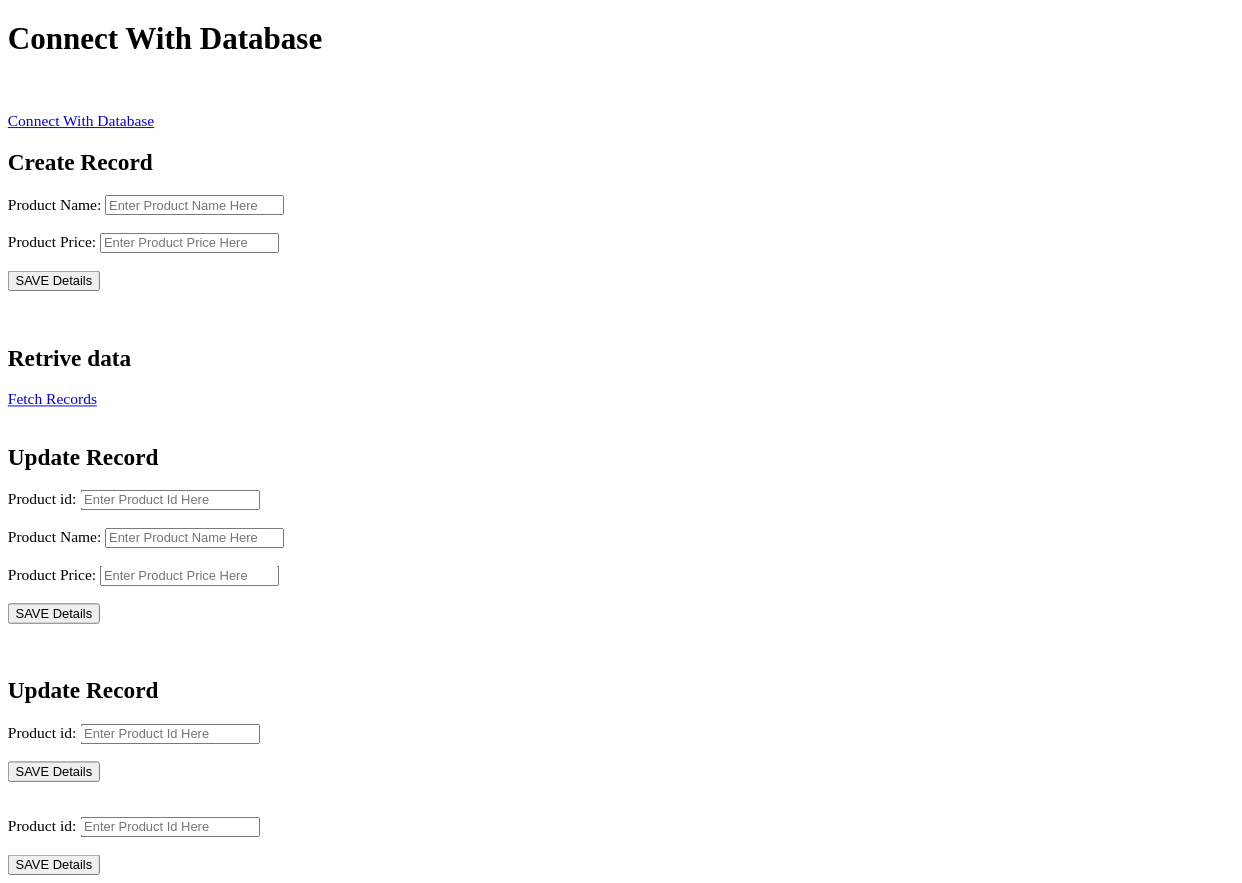
Repository: nspandey/Phase-2
Page: CRUDOperationsJDBC/src/main/webapp/index.html
These files come from the project's save history. The page is drawn as it stood at one moment and after the next save; the edit follows.
The browser window is 1280 px wide. The pictures show the whole page, at 97% of full size.

Above is the page before, as saved 2023-02-06 16:39:58.

### CRUDOperationsJDBC/src/main/webapp/index.html
<!DOCTYPE html>
<html>
<head>
<meta charset="ISO-8859-1">
<title>Insert title here</title>
</head>
<body>

<h1>Connect With Database</h1>

<br>

<br>

<a href="connect">Connect With Database</a>

<br>

<h2>Create Record</h2>

<form action="save" method="post">

Product Name: <input type="text" name="pname" placeholder="Enter Product Name Here"><br><br>

Product Price: <input type="text" name="pprice" placeholder="Enter Product Price Here"><br><br>

<input type="submit" value="SAVE Details">


</form>


<br>
<br>

<h2>Retrive data</h2>
<a href="fetch">Fetch Records</a>

<br><br>

<h2>Update Record</h2>

<form action="update" method="post">
Product id: <input type="text" name="pid" placeholder="Enter Product Id Here"><br><br>

Product Name: <input type="text" name="pname" placeholder="Enter Product Name Here"><br><br>

Product Price: <input type="text" name="pprice" placeholder="Enter Product Price Here"><br><br>

<input type="submit" value="SAVE Details">
</form>

<br><br>

<h2>Update Record</h2>

<form action="delete" method="post">
Product id: <input type="text" name="pid" placeholder="Enter Product Id Here"><br><br>



<input type="submit" value="SAVE Details">
</form>

<br><br>

<form action="delete1" method="post">

Product id: <input type="text" name="pid" placeholder="Enter Product Id Here"><br><br>



<input type="submit" value="SAVE Details">
</form>

</body>
</html>

After the next save:
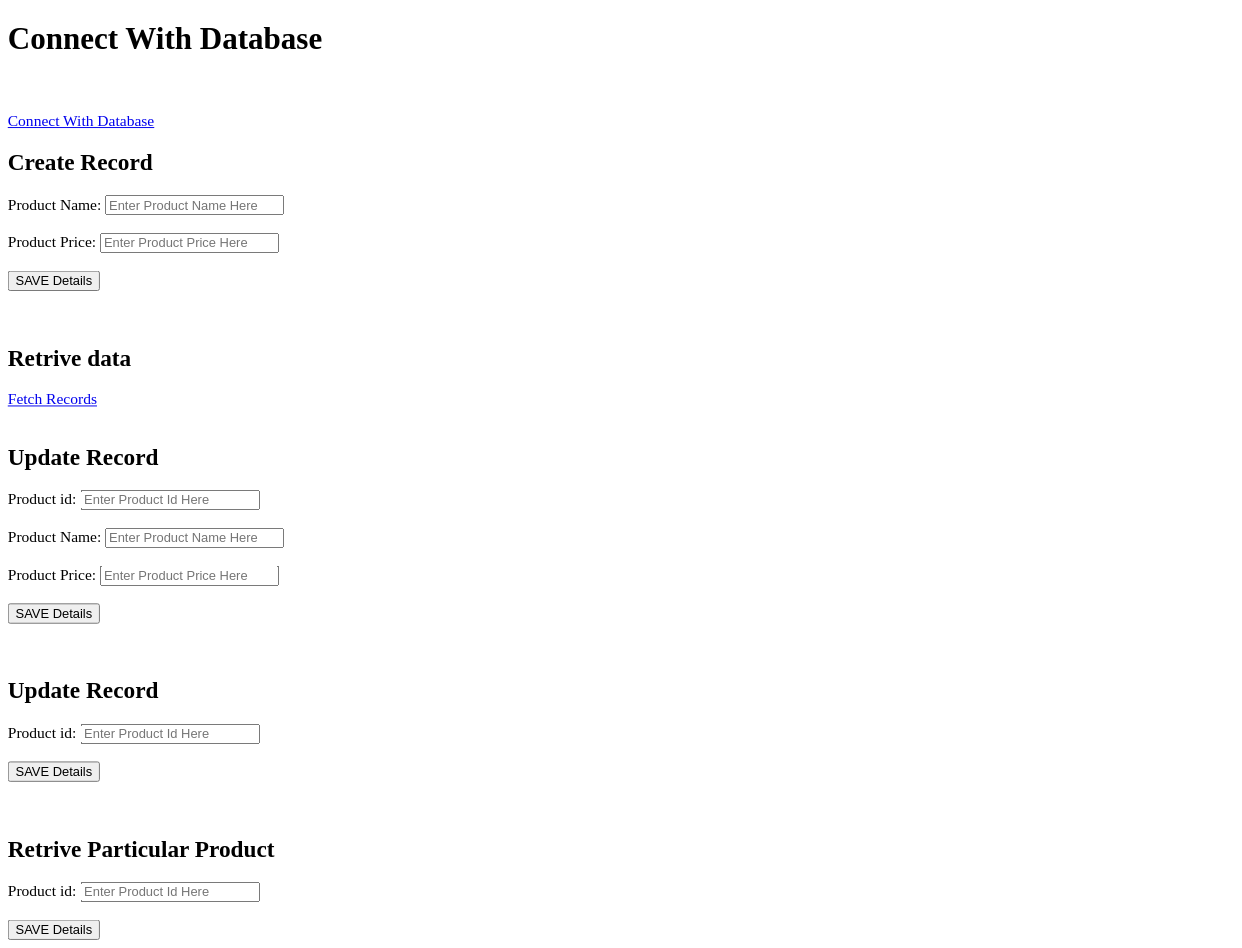
Saved 100 s later.
--- a/CRUDOperationsJDBC/src/main/webapp/index.html
+++ b/CRUDOperationsJDBC/src/main/webapp/index.html
@@ -64,7 +64,9 @@ Product id: <input type="text" name="pid" placeholder="Enter Product Id Here"><b
 
 <br><br>
 
-<form action="delete1" method="post">
+<h2>Retrive Particular Product</h2>
+
+<form action="retrive" method="post">
 
 Product id: <input type="text" name="pid" placeholder="Enter Product Id Here"><br><br>
 
